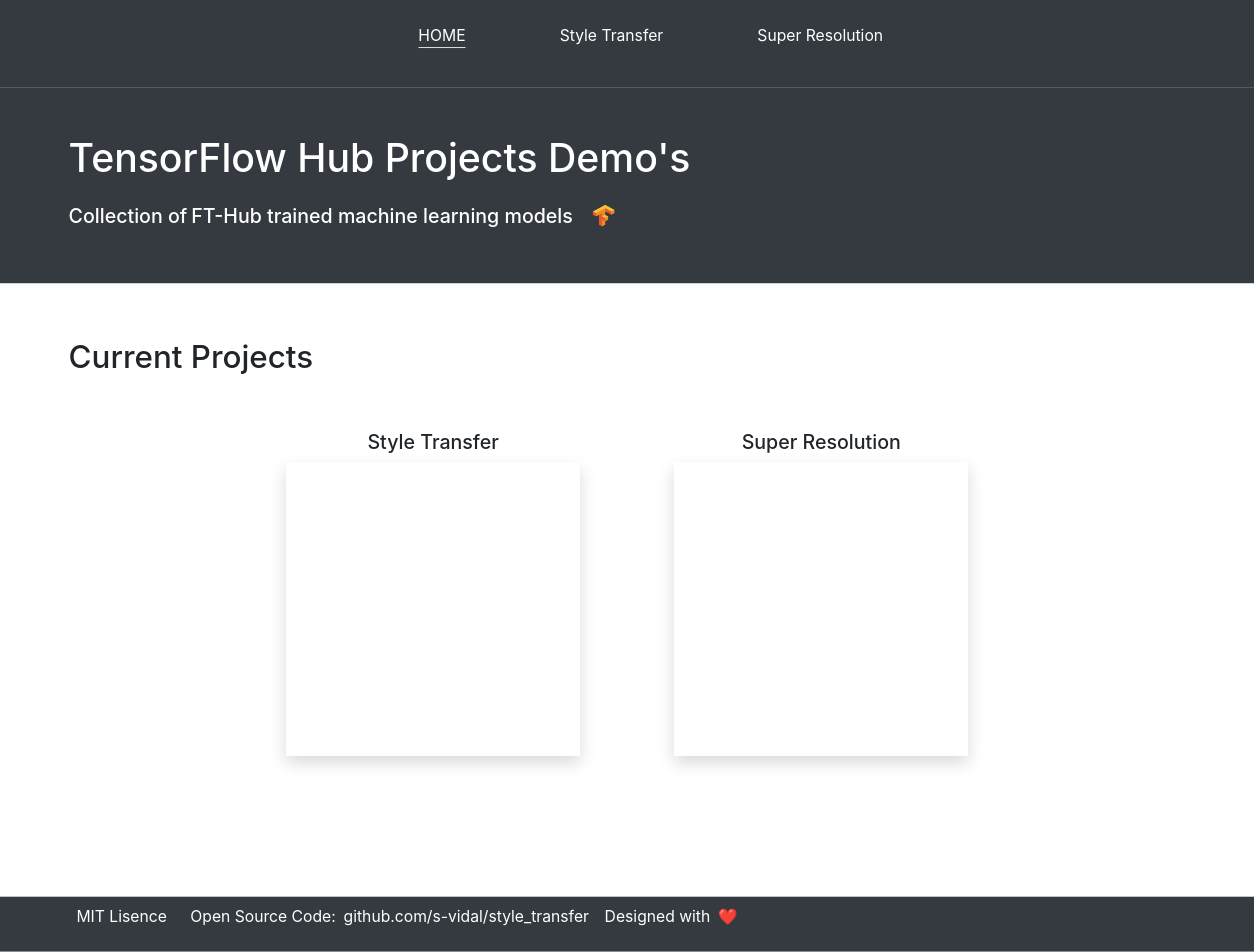
Repository: s-vidal/style_transfer
Page: / (app in client/)
The author's editor kept a copy of each file at every save. The page is drawn from the files as they stood at one save, then again after the next save.
The browser window is 1280 px wide. The pictures show the whole page, at 98% of full size.
The page's requests for data from a server got no answer. The project was rebuilt for these pictures with package versions that can differ from the ones it lists, and the page was loaded fresh each time. A package was used in the major version that the imports need, not the one package.json lists. No one was signed in, and anything a server would have sent is missing. Also part of the build but not shown: client/src/App.css, client/src/components/DropZone.jsx, client/src/lib/api.js, client/src/components/Inference.jsx, client/src/components/Header.jsx, client/src/pages/StyleTransfer.jsx, client/src/pages/SuperResolution.jsx.

Above is the page before, as saved 2020-09-30 16:26:08.

### client/public/index.html
<!DOCTYPE html>
<html lang="en">
  <head>
    <meta charset="utf-8" />
    <link rel="icon" href="%PUBLIC_URL%/favicon.ico" />
    <meta name="viewport" content="width=device-width, initial-scale=1" />
    <meta name="theme-color" content="#000000" />
    <meta
      name="description"
      content="Web site created using create-react-app"
    />
    <link rel="apple-touch-icon" href="%PUBLIC_URL%/logo192.png" />
    <!--
      manifest.json provides metadata used when your web app is installed on a
      user's mobile device or desktop. See https://developers.google.com/web/fundamentals/web-app-manifest/
    -->
    <link rel="manifest" href="%PUBLIC_URL%/manifest.json" />
    <!--
      Notice the use of %PUBLIC_URL% in the tags above.
      It will be replaced with the URL of the `public` folder during the build.
      Only files inside the `public` folder can be referenced from the HTML.

      Unlike "/favicon.ico" or "favicon.ico", "%PUBLIC_URL%/favicon.ico" will
      work correctly both with client-side routing and a non-root public URL.
      Learn how to configure a non-root public URL by running `npm run build`.
    -->
    <!-- CSS only -->
    <link
      rel="stylesheet"
      href="https://stackpath.bootstrapcdn.com/bootstrap/4.5.2/css/bootstrap.min.css"
      integrity="sha384-JcKb8q3iqJ61gNV9KGb8thSsNjpSL0n8PARn9HuZOnIxN0hoP+VmmDGMN5t9UJ0Z"
      crossorigin="anonymous"
    />
    <title>React App</title>
  </head>
  <body>
    <noscript>You need to enable JavaScript to run this app.</noscript>
    <div id="root"></div>
    <!--
      This HTML file is a template.
      If you open it directly in the browser, you will see an empty page.

      You can add webfonts, meta tags, or analytics to this file.
      The build step will place the bundled scripts into the <body> tag.

      To begin the development, run `npm start` or `yarn start`.
      To create a production bundle, use `npm run build` or `yarn build`.
    -->
    <!-- JS, Popper.js, and jQuery -->
    <script
      src="https://code.jquery.com/jquery-3.5.1.slim.min.js"
      integrity="sha384-DfXdz2htPH0lsSSs5nCTpuj/zy4C+OGpamoFVy38MVBnE+IbbVYUew+OrCXaRkfj"
      crossorigin="anonymous"
    ></script>
    <script
      src="https://cdn.jsdelivr.net/npm/popper.js@1.16.1/dist/umd/popper.min.js"
      integrity="sha384-9/reFTGAW83EW2RDu2S0VKaIzap3H66lZH81PoYlFhbGU+6BZp6G7niu735Sk7lN"
      crossorigin="anonymous"
    ></script>
    <script
      src="https://stackpath.bootstrapcdn.com/bootstrap/4.5.2/js/bootstrap.min.js"
      integrity="sha384-B4gt1jrGC7Jh4AgTPSdUtOBvfO8shuf57BaghqFfPlYxofvL8/KUEfYiJOMMV+rV"
      crossorigin="anonymous"
    ></script>
  </body>
</html>

### client/src/App.js
import React from "react";
import {BrowserRouter as Router, Switch, Route} from "react-router-dom";
import "./App.css";
import StyleTransfer from "./pages/StyleTransfer";
import SuperResolution from "./pages/SuperResolution";
import Footer from "./components/Footer";
import NavBar from "./components/NavBar";
import HomePage from "./pages/HomePage";

function App() {
  return (
    <div>
      <Router>
        <NavBar />
        <Switch>
          <Route path="/super-resolution">
            <SuperResolution />
          </Route>
          <Route path="/style-transfer">
            <StyleTransfer />
          </Route>
          <Route path="/">
            <HomePage />
          </Route>
        </Switch>
        <Footer />
      </Router>
    </div>
  );
}

export default App;

### client/src/components/Footer.jsx
import React from "react";

const Footer = () => {
  return (
    <div className="text-white bg-dark">
      <div className="container mt-5">
        <div className="row p-2 mt-4">
          <p className="mr-4">MIT Lisence</p>
          <p>Open Source Code:</p>
          <a
            className="ml-2 text-white"
            href="https://github.com/s-vidal/style_transfer"
          >
            <span>github.com/s-vidal/style_transfer</span>
          </a>
          <p className="ml-3 mr-1"> Designed with </p>
          <span role="img" aria-label="emoji" className="ml-1">
            ❤️
          </span>
        </div>
      </div>
    </div>
  );
};

export default Footer;

### client/src/components/NavBar.jsx
import React, {useState, useEffect} from "react";
import {Link, useLocation} from "react-router-dom";
import "./NavBar.css";

const NavBar = () => {
  const [currentPage, setCurrentPage] = useState("");
  const location = useLocation();

  useEffect(() => {
    const currentPath = location.pathname;
    setCurrentPage(currentPath.substring(1));
  }, [location]);

  return (
    <nav className="navbar navbar-expand-lg d-flex justify-content-center bg-dark pt-3 pb-3">
      <ul className="navbar-nav">
        <li className="nav-item">
          <Link className="nav-link pl-5 pr-5" to={"/"}>
            <div className="ml-5 ">
              <p
                className={
                  currentPage === ""
                    ? "text-white nav-text active border-bottom"
                    : "text-white nav-text"
                }
              >
                HOME
              </p>
            </div>
          </Link>
        </li>
        <li className="nav-item">
          <Link
            className="nav-link pl-5 pr-5 text-white"
            to={"/style-transfer"}
          >
            <p
              className={
                currentPage === "style-transfer"
                  ? "text-white nav-text active border-bottom"
                  : "text-white nav-text"
              }
            >
              Style Transfer
            </p>
          </Link>
        </li>
        <li className="nav-item active">
          <Link
            className="nav-link pl-5 pr-5 text-white"
            to={"/super-resolution"}
          >
            <p
              className={
                currentPage === "super-resolution"
                  ? "text-white nav-text active border-bottom"
                  : "text-white nav-text"
              }
            >
              Super Resolution
            </p>
          </Link>
        </li>
      </ul>
    </nav>
  );
};

export default NavBar;

### client/src/pages/HomePage.jsx
import React from "react";
import "../components/HomePage.css";

const HomePage = () => {
  return (
    <>
      <div className="bg-dark text-white p-4 pt-5 pb-5">
        <div className="container">
          <div className="row">
            <h1>TensorFlow Hub Projects Demo's</h1>
          </div>
          <div className="row mt-3">
            <h5>Collection of</h5>
            <a
              href="https://tfhub.dev/google/magenta/arbitrary-image-stylization-v1-256/2"
              className="pl-1 pr-1 text-white"
            >
              <h5>FT-Hub trained machine learning models</h5>
            </a>
            <img
              className="ml-3"
              src={require("../img/tf_logo.png")}
              alt="tf"
              width="22"
              height="22"
            ></img>
          </div>
        </div>
      </div>
      <div className="p-5">
        <div className="container p-0">
          <div>
            {/* <h5 className="mb-4">
              Recourse designed to display, explain and test TF-Hb models
            </h5> */}
            <h2 className="mt-2">Current Projects</h2>
          </div>
          <div className="row d-flex justify-content-center">
            <div className="m-5">
              <h5 className="text-center">Style Transfer</h5>
              <div className="home-item shadow"></div>
            </div>
            <div className="m-5">
              <h5 className="text-center"> Super Resolution</h5>
              <div className="home-item shadow"></div>
            </div>
          </div>
        </div>
      </div>
    </>
  );
};

export default HomePage;

### client/src/components/NavBar.css
.nav-text:hover {
  border-bottom: 1px solid white;
  transition-duration: 0.5s ease-in-out;
}

### client/src/components/HomePage.css
.home-item {
  min-width: 300px;
  min-height: 300px;
}
.home-item:hover {
  cursor: pointer;
  transform: translate(3px, 3px);
  transition-duration: 0.5s ease-in-out;
}

Loaded but not shown: client/src/index.js (common file); client/src/index.css (common file); client/src/serviceWorker.js (common file)

After the next save:
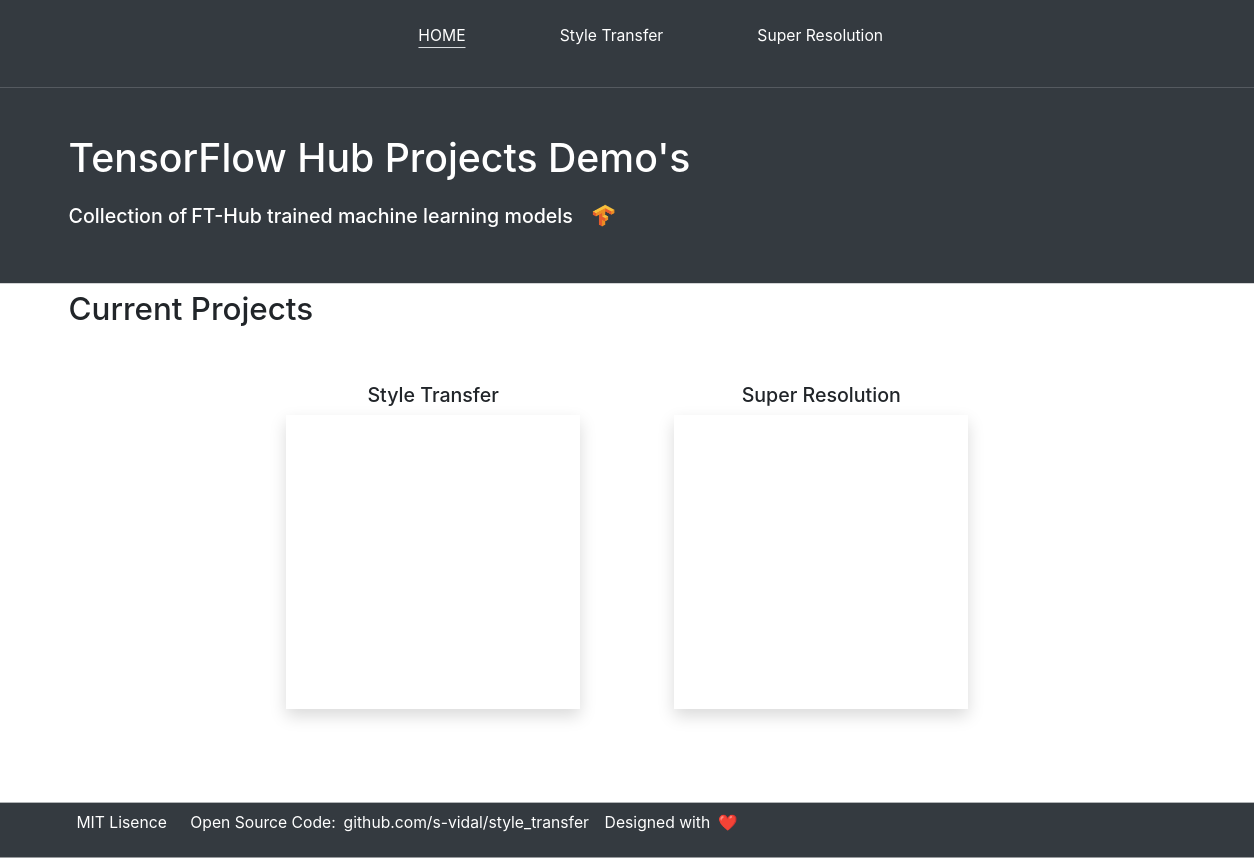
Saved 73 s later.
--- a/client/src/pages/HomePage.jsx
+++ b/client/src/pages/HomePage.jsx
@@ -27,7 +27,7 @@
           </div>
         </div>
       </div>
-      <div className="p-5">
+      <div className="">
         <div className="container p-0">
           <div>
             {/* <h5 className="mb-4">

After the 4 saves that followed:
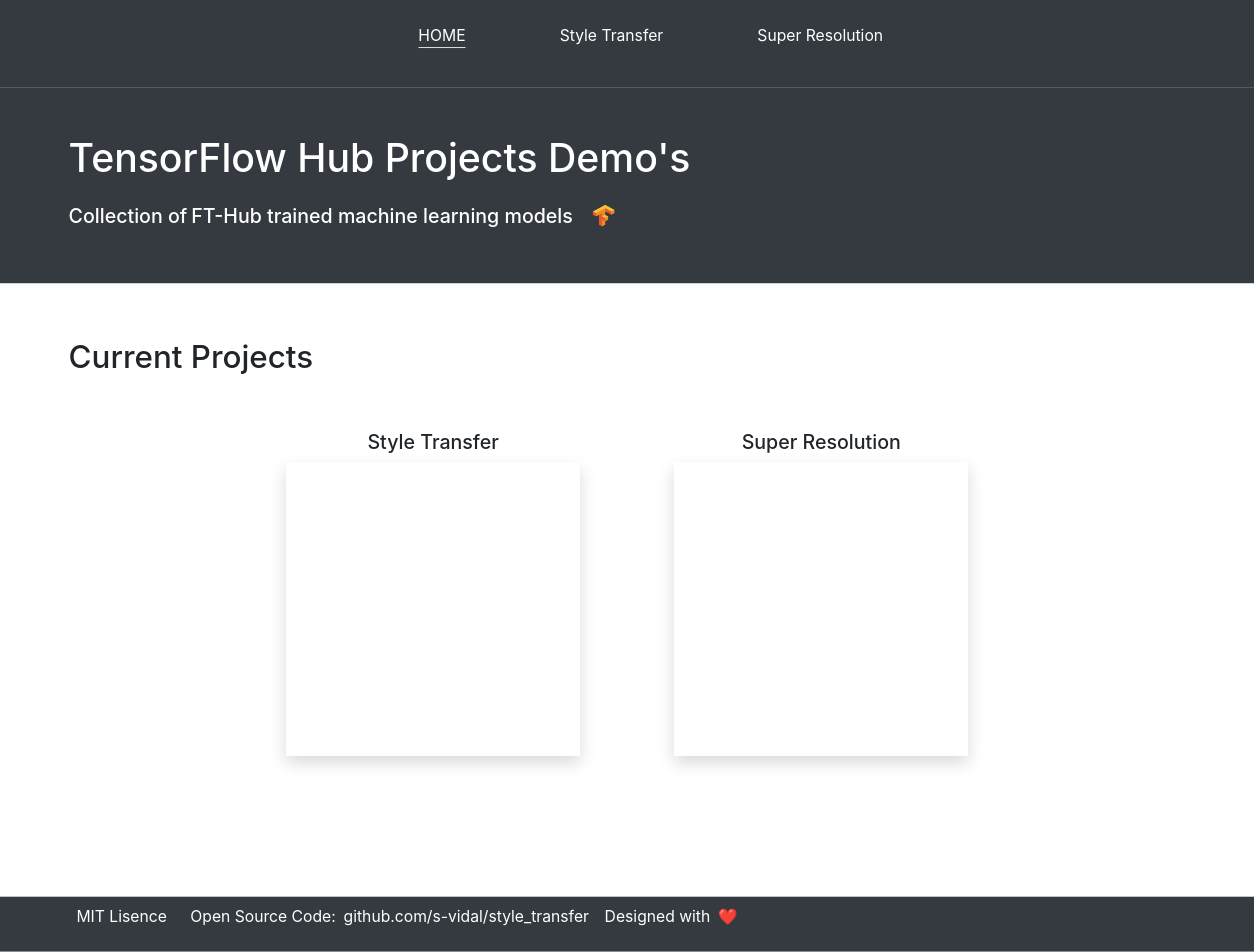
The 4 saves are shown as one change because they came seconds apart.
The last was saved 12 s later.
--- a/client/src/pages/HomePage.jsx
+++ b/client/src/pages/HomePage.jsx
@@ -27,7 +27,7 @@
           </div>
         </div>
       </div>
-      <div className="">
+      <div className="p-5 pb-0">
         <div className="container p-0">
           <div>
             {/* <h5 className="mb-4">
